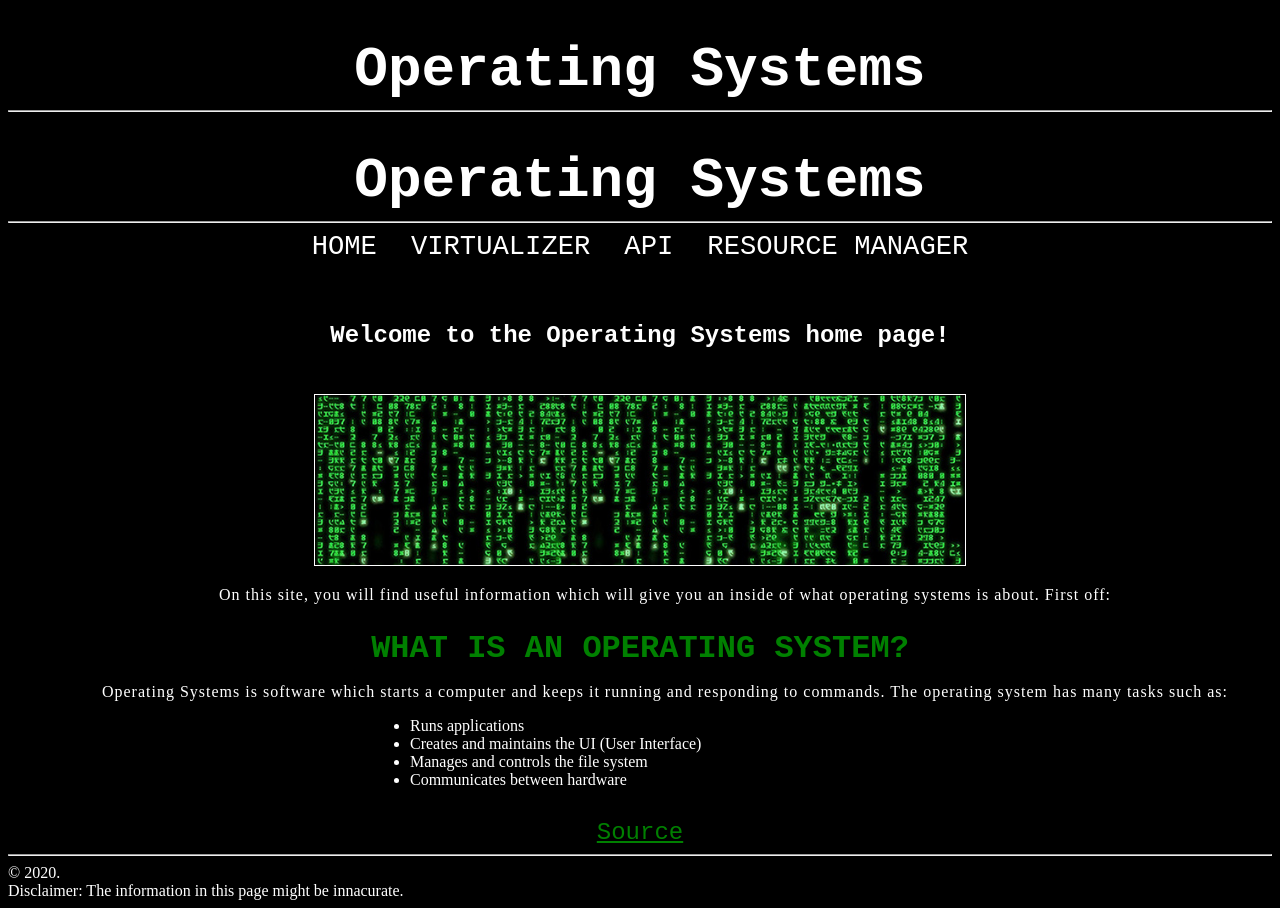
Repository: ctm93/homework4
Page: http://localhost/
The author's editor kept a record of every edit. The page is drawn from the files as they stood at one moment, then again after the next edit.
The browser window is 1280 px wide. The pictures show the whole page.
Some web fonts or font styles are not loaded; a fallback is used. The page is served by the project's Node server (assignment4/app.js).

Above is the page before.

### hw4/assignment4/views/index.html
<%- include('partials/header.ejs') %>

        <header>
           <h1> Operating Systems </h1>
        </header><hr />
        <nav>
            <a href="/page1">HOME</a>
            <a href="/page2">VIRTUALIZER</a>
            <a href="/page3">API</a>
            <a href="/page4">RESOURCE MANAGER</a>
        </nav>
         <br /><br />



         <main>
            <div>
                 <h3> Welcome to the Operating Systems home page!</h3>

            <figure>
                <img id="page1pic" src="img/matrix.jpg" alt="Picture of OS" class="center">
            </figure>



                <p>On this site, you will find useful information which will give you an inside of what operating systems is about. First off:</p>



                <h2>WHAT IS AN OPERATING SYSTEM?</h2>
                <p>Operating Systems is software which starts a computer and keeps it running and responding to commands. The operating system has many tasks such as:</p>

                <p class ="p1">
                <ul>
                      <li>Runs applications</li>
                      <li>Creates and maintains the UI (User Interface)</li>
                      <li>Manages and controls the file system</li>
                      <li>Communicates between hardware</li>
                </ul>


            </div>
        </main>




        <footer>
        <a href="https://www.dummies.com/computers/operating-systems/what-is-an-operating-system/">Source</a>
        </footer>

        <%- include('partials/footer.ejs') %>

    </body>

### hw4/assignment4/views/partials/header.ejs
<!DOCTYPE html>
<html>
    <head>
        <meta charset="utf-8">
        <title>Operating Systems</title>
        <link  href="/css/styles.css" rel="stylesheet">
        <link href="https://fonts.googleapis.com/css?family=Pacific" rel="stylesheet">
    </head>
            <header>
           <h1> Operating Systems </h1>
        </header><hr />

### hw4/assignment4/views/partials/footer.ejs
<hr>
&copy; 2020. <br/>
Disclaimer: The information in this page might be innacurate.
</body>
</html>

### hw4/assignment4/app.js
const express = require("express");
const app = express();
app.engine('html', require('ejs').renderFile);
app.use(express.static("public"));
app.set("view engine", "ejs");

//route
app.get("/", function(req, res){
        res.render("index.html");
});

app.get("/page1", function(req, res){
  res.render('page1');
});

app.get("/page2", function(req, res){
  res.render('page2');
});

app.get("/page3", function(req, res){
  res.render('page3');
});

app.get("/page4", function(req, res){
res.render('page4');
});

app.get("*", function(req,res){
    res.send("Page Not Found");
    res.render("error");
});

//server listener
app.listen("8080", "127.0.0.1", function(){
    console.log("Express Server is Running...");
});

### hw4/assignment4/public/css/styles.css

    body {
        background-color: black;
        color: white;
        text-align: left;
    }

    header, main, nav, footer {
        text-align: center;
    }

    nav a {
        padding:15px;
        padding-bottom:4px;
        font-size: 1.7em;
        color: white;
        text-decoration: none;
    }

    nav a:hover {  /*pseudo class*/

         color: green;
         transition: .9s;
    }

    main {
        display: flex;
        justify-content: center;
    }

    div {
          text-align: center;
        }

    p {
      text-indent: 50px;
      text-align: center;
      letter-spacing: 1px;
    }

    .p1 {
      text-indent: 110px;
      text-align: center;
      letter-spacing: 1px;
    }

        .p2 {
      text-indent: 110px;
      text-align: center;
      letter-spacing: 1px;
    }


    ul {
        width:500px;
        margin: 0 auto;
        text-align: left;
        }

    .hobby {
        color: green;
        }

    h1{
        font-family: "Courier New", Courier, monospace;
        font-size: 3.5em;
        margin-bottom: 0px;
        }

    h2{
        font-family: "Courier New", Courier, monospace;
        font-size: 2em;
        margin-bottom: 0px;
        color: green;
        }

    h3{
        font-family: "Courier New", Courier, monospace;
        font-size: 1.5em;
        margin-bottom: 45px;
    }

    table {
          table-layout: fixed;
          width: 600px;
          border: 1px solid white;
          margin-left: 65px;

        }

    td {
          border: 1px solid green;
          overflow: hidden;
          white-space: nowrap;
          text-overflow: ellipsis;
        }

    img {
           width:650px;
           border:1px solid white;
        }

    a{
        padding:15px;
        padding-bottom:4px;
        font-size: 1.5em;
        color: green;
        font-family: "Courier New", Courier, monospace;
        text-decoration: underline;
    }

    a:hover {  /*pseudo class*/

         color: white;
         transition: .9s;
    }

    footer{
        margin-top: 30px;
        text-align: center;
    }

      .p3 {
      text-indent: 0px;
      text-align: center;
      letter-spacing: 1px;
    }

### hw4/assignment4/views/page1.ejs
<%- include('partials/header.ejs') %>

<body>


        <nav>
            <a href="/page1">HOME</a>
            <a href="/page2">VIRTUALIZER</a>
            <a href="/page3">API</a>
            <a href="/page4">RESOURCE MANAGER</a>
        </nav>
         <br /><br />



         <main>
            <div>
                 <h3> Welcome to the Operating Systems home page!</h3>

            <figure>
                <img id="page1pic" src="img/matrix.jpg" alt="Picture of OS" class="center">
            </figure>



                <p>On this site, you will find useful information which will give you an inside of what operating systems is about. First off:</p>



                <h2>WHAT IS AN OPERATING SYSTEM?</h2>
                <p>Operating Systems is software which starts a computer and keeps it running and responding to commands. The operating system has many tasks such as:</p>

                <p class ="p1">
                <ul>
                      <li>Runs applications</li>
                      <li>Creates and maintains the UI (User Interface)</li>
                      <li>Manages and controls the file system</li>
                      <li>Communicates between hardware</li>
                </ul>


            </div>
        </main>




        <footer>
        <a href="https://www.dummies.com/computers/operating-systems/what-is-an-operating-system/">Source</a>
        </footer>

        <%- include('partials/footer.ejs') %>

    </body>

After the next edit:
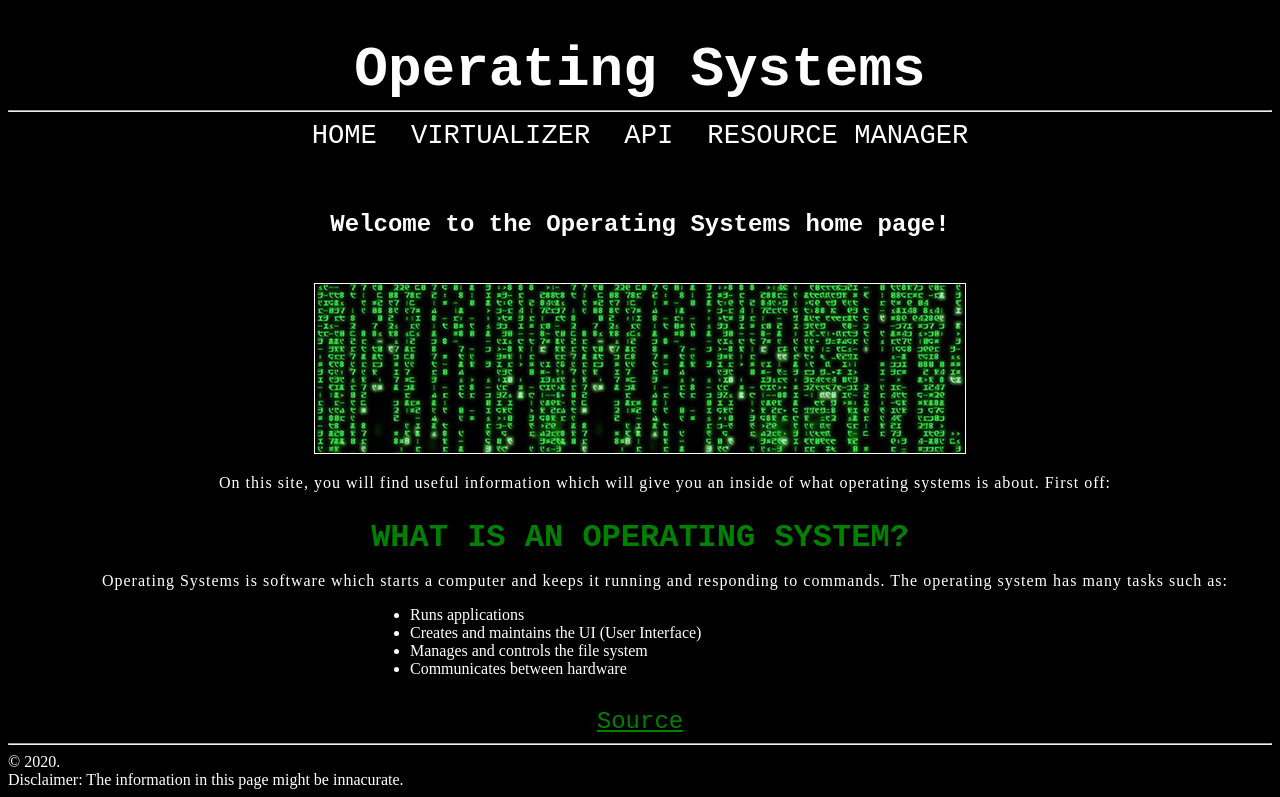
The edit:
--- a/hw4/assignment4/app.js
+++ b/hw4/assignment4/app.js
@@ -6,7 +6,7 @@
 
 //route
 app.get("/", function(req, res){
-        res.render("index.html");
+        res.render('page1');
 });
 
 app.get("/page1", function(req, res){
